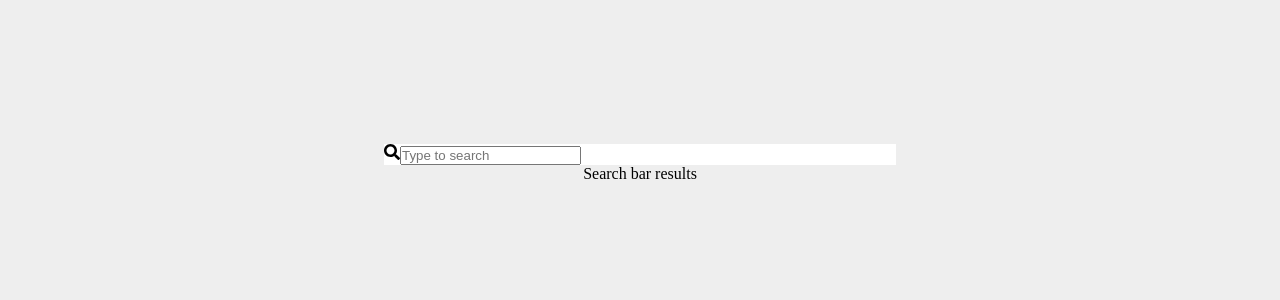
Repository: thai-shriya/react-search-bar
Page: /
The author's editor kept a copy of each file at every save. The page is drawn from the files as they stood at one save, then again after the next save.
The browser window is 1280 px wide. The pictures show the whole page.
The project was rebuilt for these pictures with package versions that can differ from the ones it lists, and the page was loaded fresh each time.

Above is the page before, as saved 2024-06-03 15:52:49.

### src/App.jsx
import { useState } from 'react'
import './App.css'
import SearchBar from './components/SearchBar'


function App() {

  return (
    <div className="App">
      <div className="search-bar-container"> <SearchBar/>
      <div>Search bar results</div>
      </div>
      </div>
  )
}

export default App

### src/index.css
*{
  box-sizing: border-box;
  margin:0px;
  padding: 0px;
}

### src/App.css
.App{
  background-color: #eee;
  height: 100vh;
  width: 100vw;
}

.search-bar-container{
padding-top: 20vh;
width:40%;
margin:auto;
display: flex;
flex-direction: column;
align-items: center;
min-width: 200px;
}

### src/components/SearchBar.jsx
import React from 'react';
import { FaSearch } from "react-icons/fa"
import "./SearchBar.css"


const SearchBar = () => {
  return (
    <div className="input-wrapper">
          <FaSearch id="search-icon" />
          <input placeholder='Type to search'/>
    </div>
  )
}

export default SearchBar

### src/components/SearchBar.css
.input-wrapper{
    background-color: white;
    width: 100%;
}

Loaded but not shown: src/main.jsx (common file)

After the next save:
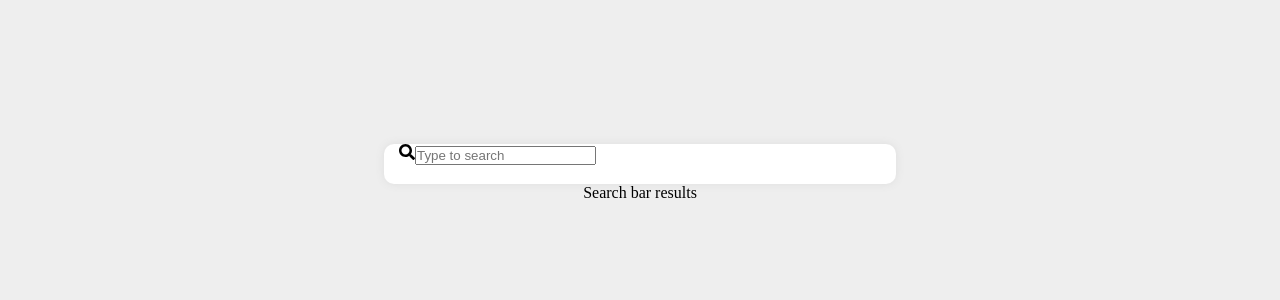
Saved 52 s later.
--- a/src/components/SearchBar.css
+++ b/src/components/SearchBar.css
@@ -1,4 +1,8 @@
 .input-wrapper{
     background-color: white;
     width: 100%;
+    border-radius: 10px;
+    height: 2.5rem;
+    padding: 0 15px;
+    box-shadow: 0px 0px 8px #ddd;
 }
